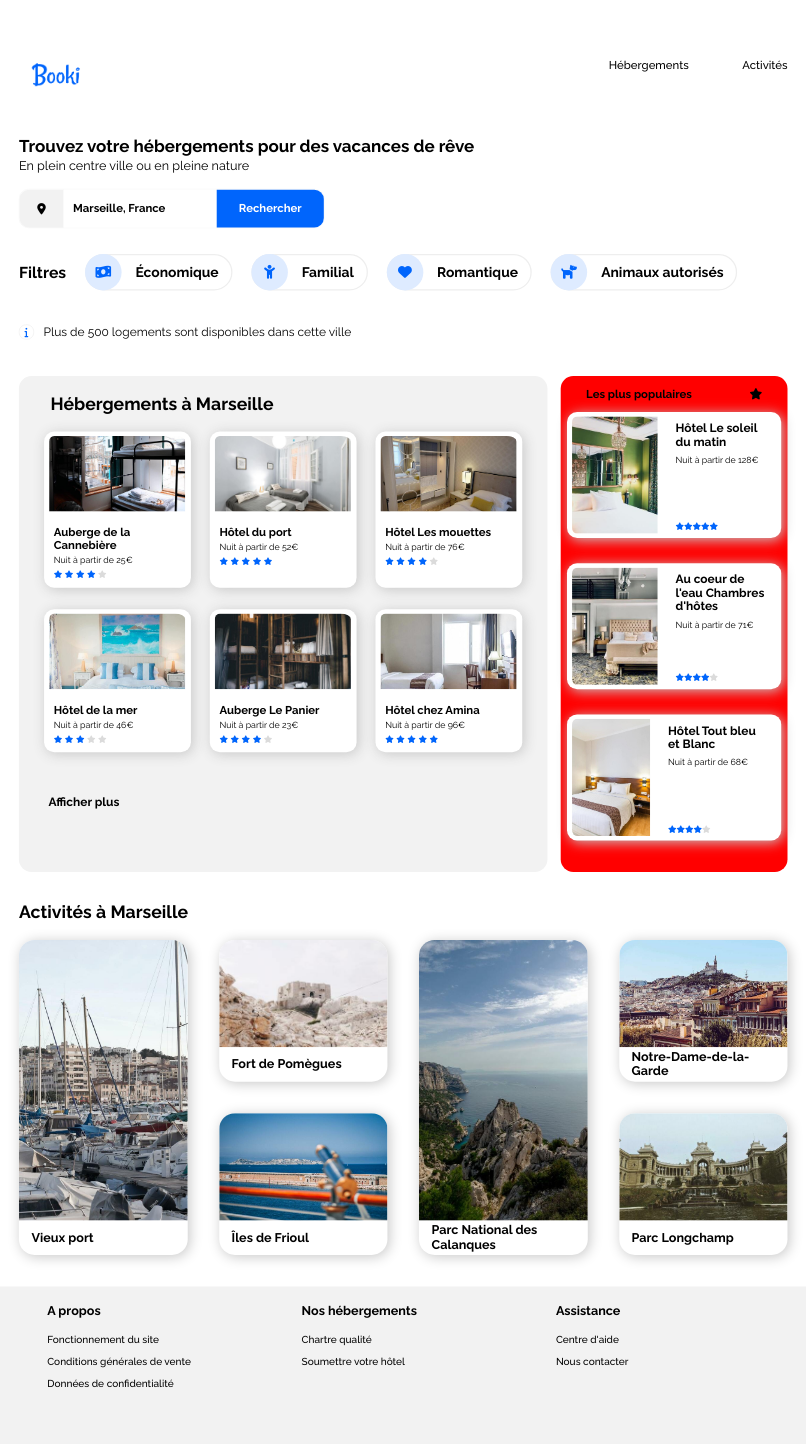
Repository: leandroBarbosaFR/booki
Page: index.html
The author's editor kept a copy of each file at every save. The page is drawn from the files as they stood at one save, then again after the next save.
The browser window is 1280 px wide. The pictures show the whole page, at 63% of full size.

Above is the page before, as saved 2022-07-22 15:24:28.

After the next save:
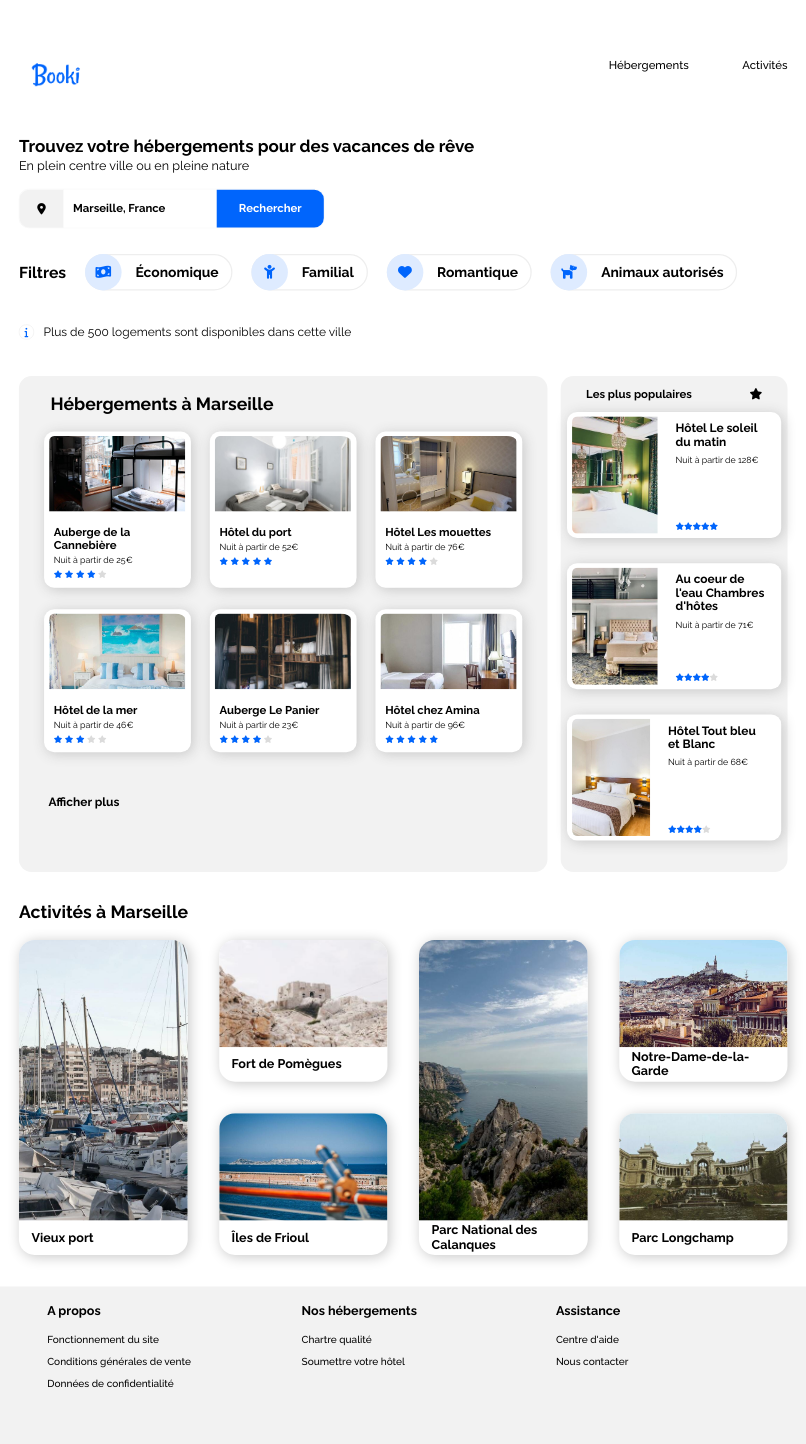
Saved 14 s later.
--- a/css/style.css
+++ b/css/style.css
@@ -283,7 +283,7 @@
 .borduredeux {
   margin-top: 40px;
   width: 30%;
-  background-color: red;
+  background-color: #f2f2f2;
   border-radius: 20px;
   display: flex;
   flex-direction: column;
